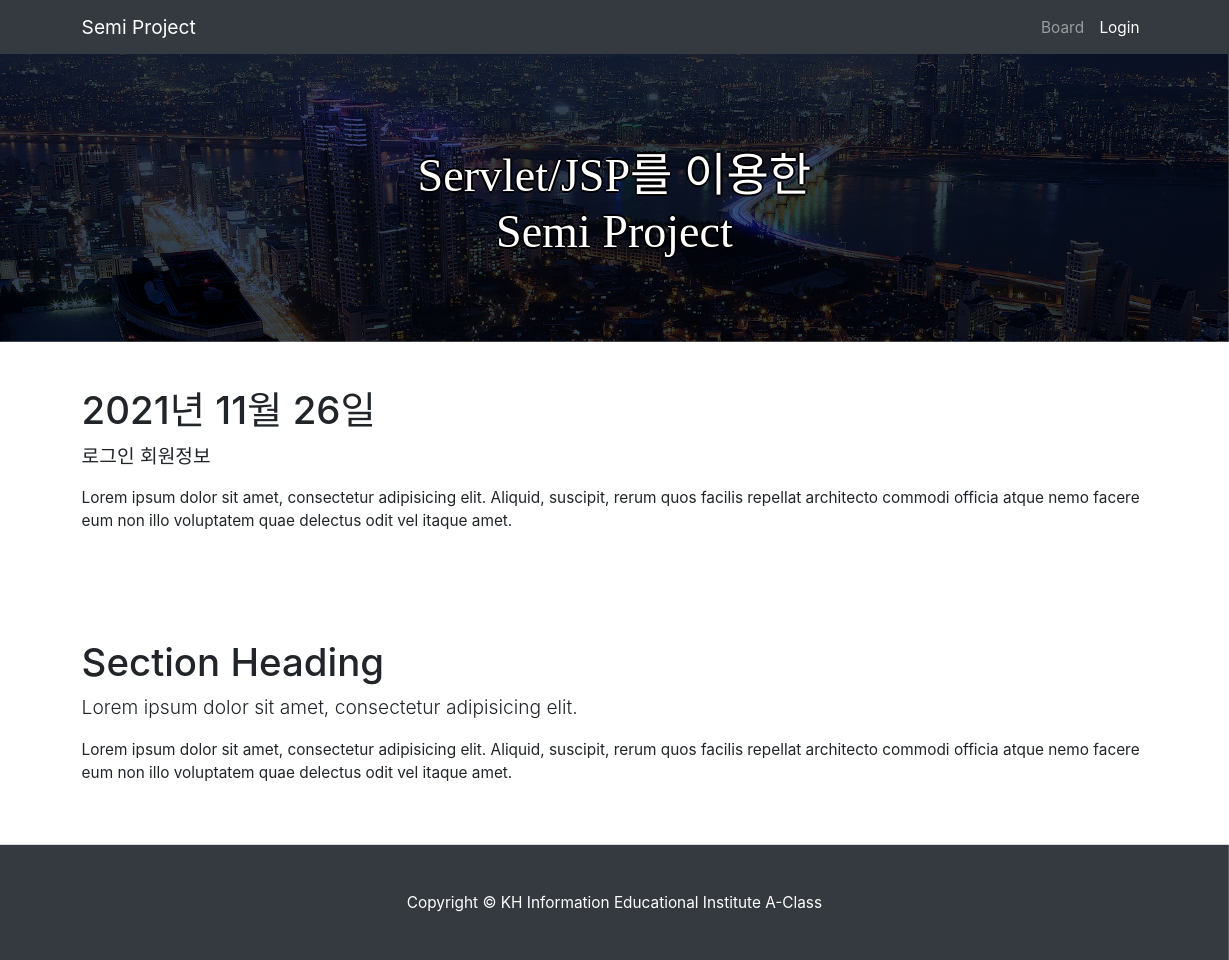
Repository: Seenee-Shin/servlet-jsp
Page: http://localhost/semi/main
These files come from the project's save history. The page is drawn as it stood at one moment and after the next save; the edit follows.
The browser window is 1280 px wide. The pictures show the whole page, at 96% of full size.
Some web fonts or font styles are not loaded; a fallback is used. The page is served by Tomcat 9. Other server files are loaded and not shown.

Above is the page before, as saved 2021-12-03 02:11:33.
Console error: TypeError: Cannot read properties of null (reading 'addEventListener')

### semi/src/main/webapp/WEB-INF/views/common/main.jsp
<%@ page language="java" contentType="text/html; charset=UTF-8" pageEncoding="UTF-8"%>

	<!-- header include -->
	<jsp:include page="header.jsp"/>

	<!-- 메인 화면 이미지 -->
	<div class="py-5 bg-image-full" style="background-image: url('${contextPath}/resources/images/main/main_bg.jpg');">
	    <h1>Servlet/JSP를 이용한<br>Semi Project</h1>
	</div>

	<!-- 내용 작성 부분 -->
	<section class="py-5">
	  <div class="container">
	    <h1>${today}</h1>
	    <p class="lead">로그인 회원정보</p>
	    <p>Lorem ipsum dolor sit amet, consectetur adipisicing elit. Aliquid, suscipit, rerum quos facilis repellat architecto commodi officia atque nemo facere eum non illo voluptatem quae delectus odit vel itaque amet.</p>
	  </div>
	</section>

	<section class="py-5">
	  <div class="container">
	    <h1>Section Heading</h1>
	    <p class="lead">Lorem ipsum dolor sit amet, consectetur adipisicing elit.</p>
	    <p>Lorem ipsum dolor sit amet, consectetur adipisicing elit. Aliquid, suscipit, rerum quos facilis repellat architecto commodi officia atque nemo facere eum non illo voluptatem quae delectus odit vel itaque amet.</p>
	  </div>
	</section>

	<!-- footer include -->
	<jsp:include page="footer.jsp"/>

</body>
</html>

### semi/src/main/webapp/WEB-INF/views/common/header.jsp
<%@ page language="java" contentType="text/html; charset=UTF-8" pageEncoding="UTF-8"%>
<%-- JSTL c태그 사용을 위한 taglib 추가 --%>
<%@taglib prefix="c" uri="http://java.sun.com/jsp/jstl/core" %>

<%-- 프로젝트의 시작 (최상위 주소)를 간단히 얻어올 수 있도록 application scope로 contextPath라는 변수를 생성함--%>
<c:set var="contextPath" value="${pageContext.servletContext.contextPath}" scope="application"/>

<!DOCTYPE html>
<html lang="ko">
<head>
	<meta charset="utf-8">
	<meta name="viewport" content="width=device-width, initial-scale=1, shrink-to-fit=no">
<title>Semi Project</title>

<!-- Bootstrap4 CSS -->
<link rel="stylesheet" href="https://cdn.jsdelivr.net/npm/bootstrap@4.6.0/dist/css/bootstrap.min.css" integrity="sha384-B0vP5xmATw1+K9KRQjQERJvTumQW0nPEzvF6L/Z6nronJ3oUOFUFpCjEUQouq2+l" crossorigin="anonymous">

<!-- 공용 CSS / CSS같은 자원의 경로는 주소 경로를 적어준다. -->
<!-- tip : header, footer 같이 여러 주소에서 사용되어 지는 화면의 자원 주소 경로 지정시 절대 경로를 사용하는 것이 좋다 -->
<link rel="stylesheet" href="${contextPath}/resources/css/style.css">

</head>

<body>
	<!-- navbar을 이용한 header -->
	<header class="header navbar navbar-expand-lg navbar-dark bg-dark fixed-top">
		<div class="container">

			<!-- 좌상단 로고 -->
			<a class="navbar-brand" href="#">Semi Project</a>

			<!-- 화면 크기가 작아진 경우 나타나는 햄버거 버튼(반응형) -->
			<button class="navbar-toggler" type="button" data-toggle="collapse" data-target="#navbarResponsive" aria-controls="navbarResponsive" aria-expanded="false" aria-label="Toggle navigation">
				<span class="navbar-toggler-icon"></span>
			</button>

			<!-- 우상단 메뉴 -->
			<div class="collapse navbar-collapse" id="navbarResponsive">
				<ul class="navbar-nav ml-auto">

					<li class="nav-item"><a class="nav-link" href="#">Board</a></li>

					<!-- 로그인 버튼 -->
					<%-- Modal 동작 버튼은 data-toggle="modal" 속성과 href 속성값으로 보여질 Modal 영역 id를 작성하면된다. --%>

					<!-- 로그인에 따라 화면 바꾸기 -->
					<c:choose>
						<c:when test="${empty sessionScope.loginMember}">
							<!-- 로그인 전 -->
							<li class="nav-item active"><a class="nav-link" data-toggle="modal" href="#login-modal">Login</a></li>
						</c:when>

						<c:otherwise>
							<!-- 로그인 후 -->

							<li class="nav-item active"><a class="nav-link"  href="#">${sessionScope.loginMember.memberName}</a></li>
							<li class="nav-item active"><a class="nav-link"  href="${contextPath}/member/logout">Logout</a></li>
							<!-- a태그는 모두 get방식 -->
						</c:otherwise>
					</c:choose>

				</ul>
			</div>

		</div>
	</header>

	<!-- Modal : 화면에 불투명한 배경을 씌우고 그 위에 새로 나타나는 창 -->
	<div class="modal fade" id="login-modal" role="dialog" aria-labelledby="myModalLabel" aria-hidden="true">
		<div class="modal-dialog" role="document">

			<div class="modal-content">

				<%-- 모달 헤더 --%>
				<div class="modal-header">
					<h5 class="modal-title" id="myModalLabel">로그인 모달창</h5>
					<button type="button" class="close" data-dismiss="modal">
						<span aria-hidden="true">×</span>
					</button>
				</div>

				<%-- 모달 바디 --%>
				<div class="modal-body">

					<!-- form 태그를 이용하여 아이디 비밀번호을 입력 받은 후 서버 제출 -->
					<!-- onsubmit을 이용하여 로그인 시 입력 받은 값이 유효한지 판별 -->
					<form class="form-signin" method="POST" action="${contextPath}/member/login
					" onsubmit="return loginValidate()">

						<input type="text" class="form-control" id="memberId" name="memberId" placeholder="아이디" value="${cookie.saveId.value}"> <br>
						<!-- EL을 이용한 cookie접근 ${cookie.saveId} =>  -->
						<input type="password" class="form-control" id="memberPw" name="memberPw" placeholder="비밀번호"> <br>

						<div class="checkbox mb-3">
							<label>
								<!-- c:set으로 생성된 변수는 page scpoe -> 해당 page어디서든 사용 가능 지역변수x  -->
								<c:if test="${!empty cookie.saveId.value}">
								<c:set var="chk" value="checked"/>

								</c:if>

								<input type="checkbox" name="save" id="save" ${chk}> 아이디 저장
								<!-- checked : on / unchecked : null -->
							</label>
						</div>


						<button class="btn btn-lg btn-primary btn-block" type="submit">로그인</button>


						<a class="btn btn-lg btn-secondary btn-block" href="${contextPath}/member/signup">회원가입</a>

					</form>
				</div>

				<%-- 모달 푸터 --%>
				<div class="modal-footer">
					<button type="button" class="btn btn-secondary" data-dismiss="modal">Close</button>
				</div>
			</div>
		</div>
	</div>

### semi/src/main/webapp/WEB-INF/views/common/footer.jsp
<%@ page language="java" contentType="text/html; charset=UTF-8" pageEncoding="UTF-8"%>

<%-- JSTL c태그 사용을 위한 taglib 추가 --%>
<%@taglib prefix="c" uri="http://java.sun.com/jsp/jstl/core" %>

<!-- Footer -->
<footer class="py-5 bg-dark footer">
	<div class="container">
		<p class="m-0 text-center text-white">Copyright &copy; KH Information Educational Institute A-Class</p>
	</div>
</footer>

<!-- jQuery -->
<script src="https://code.jquery.com/jquery-3.6.0.min.js" integrity="sha256-/xUj+3OJU5yExlq6GSYGSHk7tPXikynS7ogEvDej/m4=" crossorigin="anonymous"></script>
<!-- Bootstrap4 JS -->
<script src="https://cdn.jsdelivr.net/npm/bootstrap@4.6.0/dist/js/bootstrap.bundle.min.js" integrity="sha384-Piv4xVNRyMGpqkS2by6br4gNJ7DXjqk09RmUpJ8jgGtD7zP9yug3goQfGII0yAns" crossorigin="anonymous"></script>

<!-- 공용 JS -->
<script src="${contextPath}/resources/js/semi.js"></script>

<!-- session 에 message 속성이 존재하는 경우 alter 창을 해당 내용 출력 -->
<c:if test="${!empty sessionScope.message }">
	<script>
		$(function(){
		alert("${message}");
		//EL 작성시 scope를 작성하지 않으면 scope를 순서대로 검색, 일치하는 속성이 있으면 출력
		})
	</script>

	<%--     문제 : session에 message 키 값이 유지되어있어서 정상회원임에도 값이 남아있다.
         해결 : c:if문이 끝나기 전에 session의 message를 지운다  --%>

   <%-- message 1회 출력 후 session에서 제거 --%>
   <c:remove var="message" scope="session"/>
</c:if>

### semi/src/main/java/edu/kh/semi/main/controller/MainServlet.java
package edu.kh.semi.main.controller;

import java.io.IOException;
import java.text.SimpleDateFormat;
import java.util.Date;

import javax.servlet.RequestDispatcher;
import javax.servlet.ServletException;
import javax.servlet.annotation.WebServlet;
import javax.servlet.http.HttpServlet;
import javax.servlet.http.HttpServletRequest;
import javax.servlet.http.HttpServletResponse;

@WebServlet("/main")
public class MainServlet extends HttpServlet{

	@Override
	protected void doGet(HttpServletRequest req, HttpServletResponse resp) throws ServletException, IOException {
		//메인 페이지 요청 시 필요한 비지니스 로직 처리

		Date today = new Date(); //현재 날짜 시간 Date객체 생성

		//년,월,일만 출력 할 수 있도록 출력 형태 지정
		SimpleDateFormat sdf = new SimpleDateFormat("yyyy년 MM월 dd일");

		req.setAttribute("today", sdf.format(today));

		//jsp요청 위임
		String path ="/WEB-INF/views/common/main.jsp";
		RequestDispatcher dispatcher= req.getRequestDispatcher(path);
		dispatcher.forward(req, resp);
	}
}

### semi/src/main/webapp/resources/css/style.css
/* 폰트 */
@font-face {
	font-family: 'GmarketSansBold';
	src:
		url('https://cdn.jsdelivr.net/gh/projectnoonnu/noonfonts_2001@1.1/GmarketSansBold.woff')
		format('woff');
	font-weight: normal;
	font-style: normal;
}


/* 바디 태그 상단을  56px 만큼 밑으로 내려 header 영역 만큼의 공백을 만듦 */
body {	padding-top: 56px; }


/* 메인페이지 백그라운드 이미지 */
.bg-image-full {
	background: no-repeat center center scroll;
	-webkit-background-size: cover;
	-moz-background-size: cover;
	background-size: cover;
	-o-background-size: cover;
}

.bg-image-full {
	height: 300px;
	text-align: center;
}

.bg-image-full>h1 {
	color: white;
	position: relative;
	top: 50px;
	font-size: 3em;
	font-family: 'GmarketSansBold';
	text-shadow: -2px 0 black, 0 2px black, 2px 0 black, 0 -2px black;
}


/* number 태그 화살표 제거 */
input[type="number"]::-webkit-outer-spin-button, input[type="number"]::-webkit-inner-spin-button{
    -webkit-appearance: none;
    margin: 0;
}

/* 필수 입력 빨간 별표시 */
.required:after{
    color : red;
    font-weight: bold;
    content: "*";
}

/* 유효성 검사 메시지 출력 부분 */
.validity-msg{
    display: inline-block;
}

### semi/src/main/webapp/resources/js/semi.js
//로그인 시 유효성 검사
function loginValidate(){

  const memberId = document.getElementById("memberId")
  const memberPw = document.querySelector("#memberPw")

  //아이디가 입력되지 않은 경우
  //"아이디를 입력해 주세요 " 출력 후 아이디로 focus 이동
  // false를 반환 하여 로그인이 되지 않게 함

  if(memberId.value.trim().length == 0){
    alert("아이디를 입력해 주세요")
    memberId.focus()
    return false
  }

  if(memberPw.value.trim().length == 0){
    alert("비밀번호를 입력해 주세요")
    memberPw.focus()
    return false
  }

}

//메인페이지 -> 아이디로 회원정보 조회
document.getElementById("idSearchBtn").addEventListener("click",()=>{
  //입력받은 아이디를 입력받을 input 얻어옴
  const searchId = document.getElementById("searchId")

  if(searchId.value.trim().length == 0){
    alert("검색할 아이디를 입력해주세요")
  }else{
    $.ajax({
      url : "member/idSearch",
      data: {"inputId" : searchId.value},

      dataType:"json", //데이터 타입속성 지정 json형태가 jsObject형태로 변환

      success: function(member){
        const tbody = document.getElementById("idSearchResult");

        //기존 tbody내용 제거
        tbody.innerHTML="";

        if(member==null){ //조회결과가 없을 경우
          const tr = document.createElement("tr") //tr요소 만들기
          const td = document.createElement("td") //td요소 만들기

          // const text = document.createTextNode(inpuId + "회원이 존재하지 않습니다.")
          td.innerText = searchId.value + "회원이 존재하지 않습니다.";

          tr.append(td)
          tbody.append(tr)
        }else{ //조회 결과가 존재할 경우
          for(key in member){
            switch(key){
              case "memberId" :
              case "memberName" :
              case "memberPhone" :
              case "memberEmail" :
              case "memberAddress" :

              const tr = document.createElement("tr")
              const th = document.createElement("th")
              const td = document.createElement("td")


              let title
              switch(key){
                case "memberId" : title="아이디"; break;
                case "memberName" : title="이름"; break;
                case "memberPhone" : title="전화번호"; break;
                case "memberEmail" : title="이메일"; break;
                case "memberAddress" : title="주소"; break;
              }

              th.innerText = title
              td.innerText = member[key]

              tr.append(th,td)
              tbody.append(tr)
            }
          }

          }
        },

        error : function(request,status,error){
          console.log("ajax통신 중 오류 발생")
          console.log(request.responseText)
        }
      })
    }
})

After the next save:
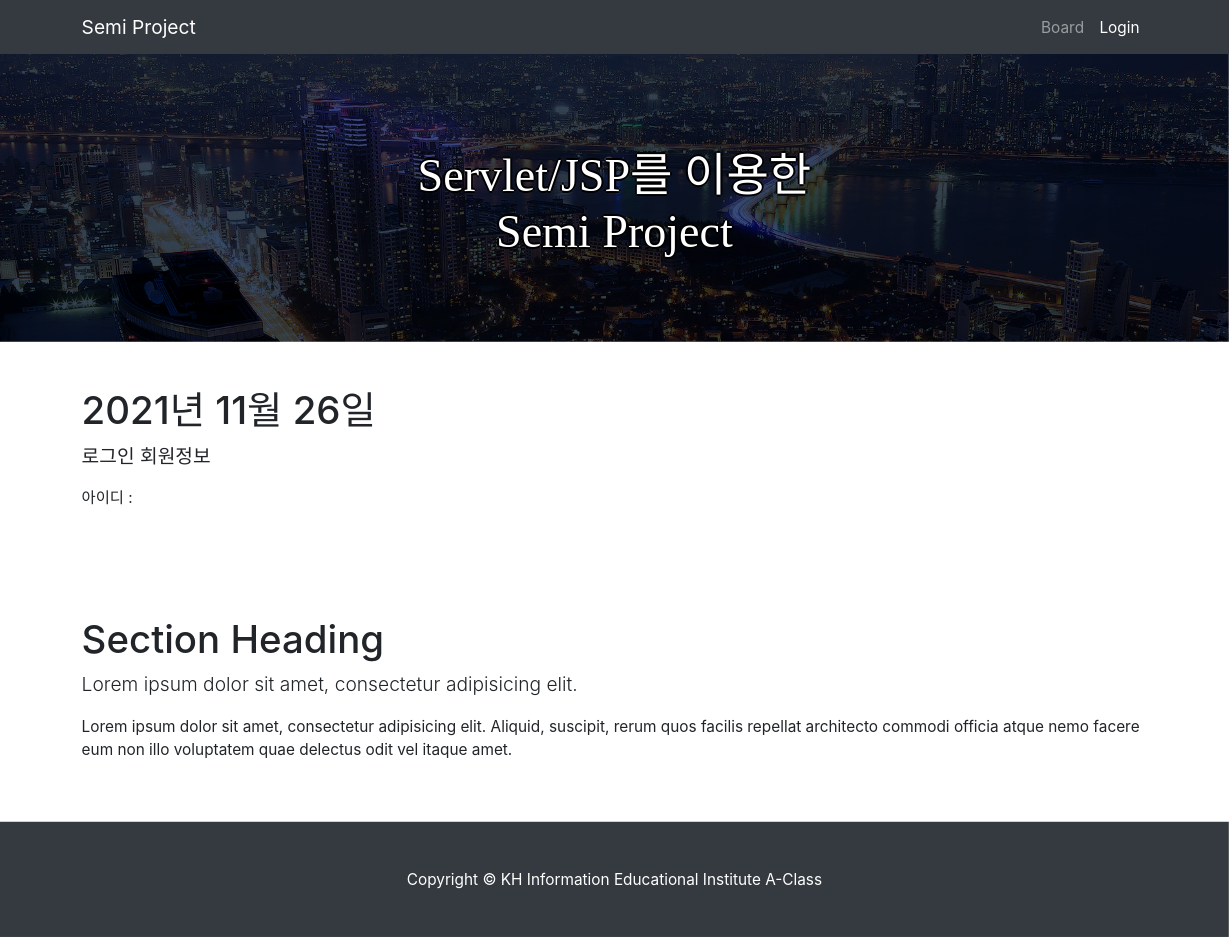
Saved 96 s later.
--- a/semi/src/main/webapp/WEB-INF/views/common/main.jsp
+++ b/semi/src/main/webapp/WEB-INF/views/common/main.jsp
@@ -13,8 +13,12 @@
 	  <div class="container">
 	    <h1>${today}</h1>
 	    <p class="lead">로그인 회원정보</p>
-	    <p>Lorem ipsum dolor sit amet, consectetur adipisicing elit. Aliquid, suscipit, rerum quos facilis repellat architecto commodi officia atque nemo facere eum non illo voluptatem quae delectus odit vel itaque amet.</p>
+	  	<p>
+	  		아이디 : ${sessionScope.loginMember.memberid}
+
+	  	</p>
 	  </div>
+
 	</section>
 
 	<section class="py-5">
